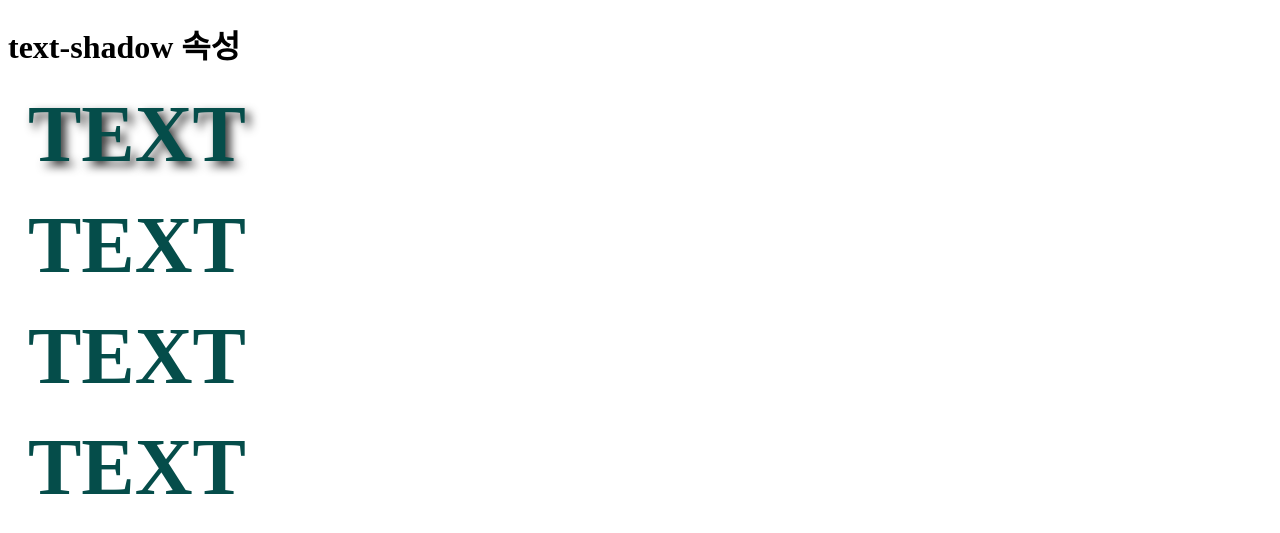
Repository: cussip/SuperHands
Page: WebExam/src/main/webapp/css/fonts/text/text-shadow.html
These files come from the project's save history. The page is drawn as it stood at one moment and after the next save; the edit follows.
The browser window is 1280 px wide. The pictures show the whole page.

Above is the page before, as saved 2022-01-31 03:14:36.

### WebExam/src/main/webapp/css/fonts/text/text-shadow.html
<!DOCTYPE html>
<html>
<head>
	<meta charset="UTF-8">
	<title>text-shadow.html</title>
	<style>
		p {
			color: rgb(5, 77, 74);
			font-weight: bold;
			font-size: 80px;
			font-family: d2coding;
			margin: 20px;
		}
		.shadow01 {
			text-shadow: 5px 5px 10px rgb(0, 0, 0, 0.8);
		}
		.shadow02 {
			text-shadow:
		}
		.shadow03 {
			text-shadow:
		}
		.shadow04 {
			text-shadow:
		}
	</style>
</head>
<body>
	<!-- 텍스트에 그림자를 지정한다 -->
	<h1>text-shadow 속성</h1>
	<p class="shadow01">TEXT</p>
	<p class="shadow02">TEXT</p>
	<p class="shadow03">TEXT</p>
	<p class="shadow04">TEXT</p>
</body>
</html>

After the next save:
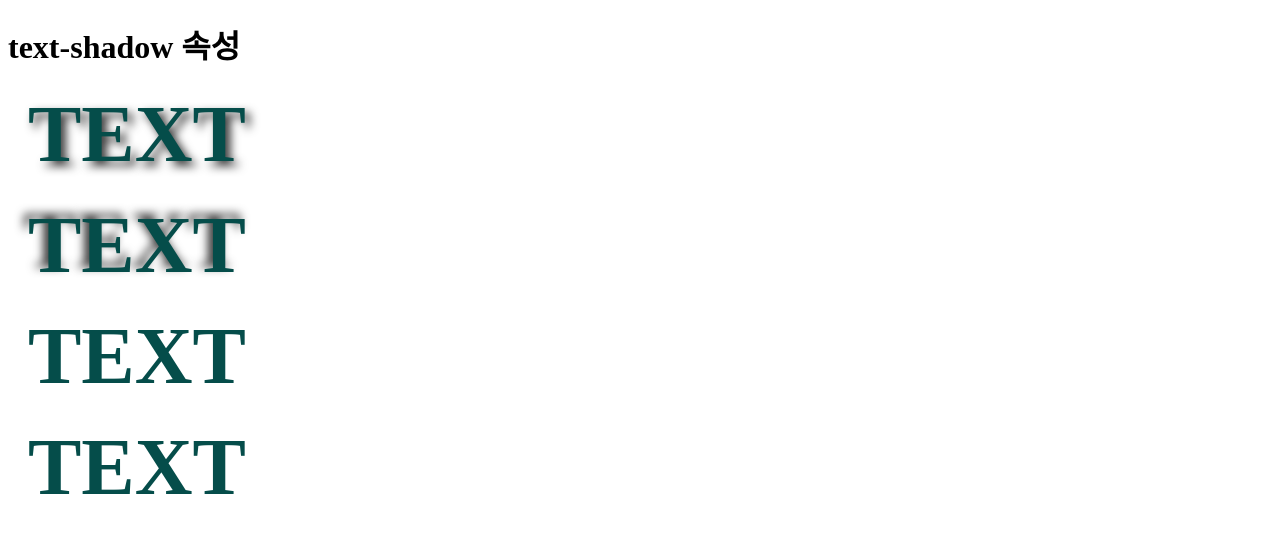
Saved 50 s later.
--- a/WebExam/src/main/webapp/css/fonts/text/text-shadow.html
+++ b/WebExam/src/main/webapp/css/fonts/text/text-shadow.html
@@ -15,7 +15,7 @@
 			text-shadow: 5px 5px 10px rgb(0, 0, 0, 0.8);
 		}
 		.shadow02 {
-			text-shadow:
+			text-shadow: -5px -5px 10px rgb(0, 0, 0, 0.8);
 		}
 		.shadow03 {
 			text-shadow:
